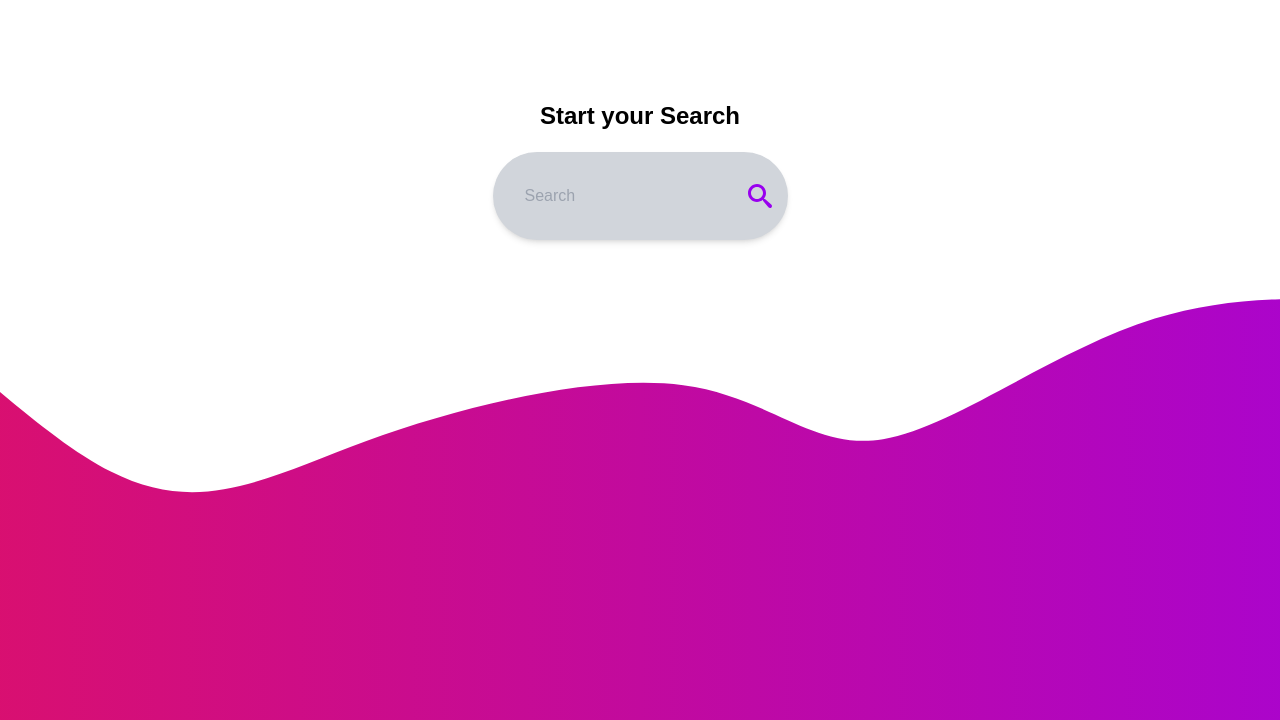
Repository: evergreenx/dictionary-octo
Page: /
The author's editor kept a copy of each file at every save. The page is drawn from the files as they stood at one save, then again after the next save.
The browser window is 1280 px wide. The pictures show the whole page.
The project was rebuilt for these pictures with package versions that can differ from the ones it lists, and the page was loaded fresh each time. The framework's server and built-in components were replaced by stand-ins that run in the browser. Also part of the build but not shown: next.config.js.

Above is the page before, as saved 2022-04-30 14:59:25.

After the next save:
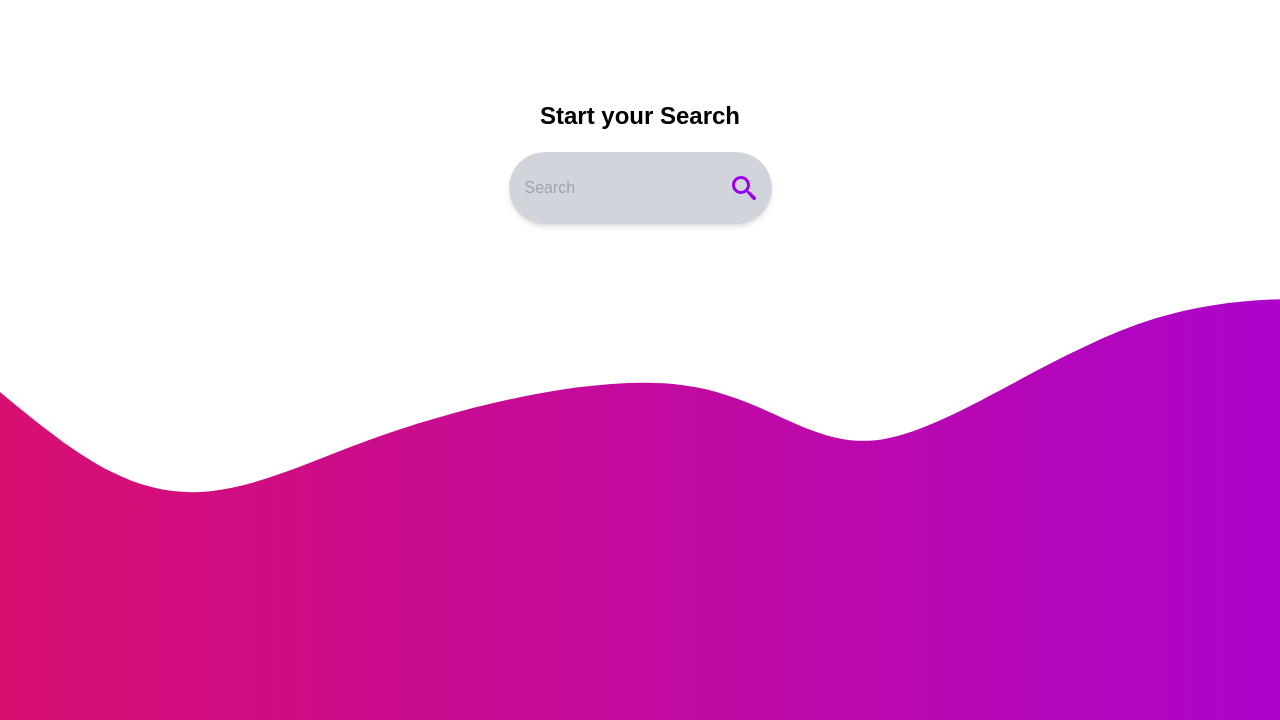
Saved 8 s later.
--- a/pages/index.js
+++ b/pages/index.js
@@ -21,7 +21,7 @@ export default function Home() {
 
           <div className="flex items-center bg-gray-300 shadow-md rounded-full p-4 ">
             <input
-              className="input--text bg-gray-300 outline-none p-4"
+              className="input--text bg-gray-300 outline-none py-2"
               type="text"
               placeholder="Search"
             />
